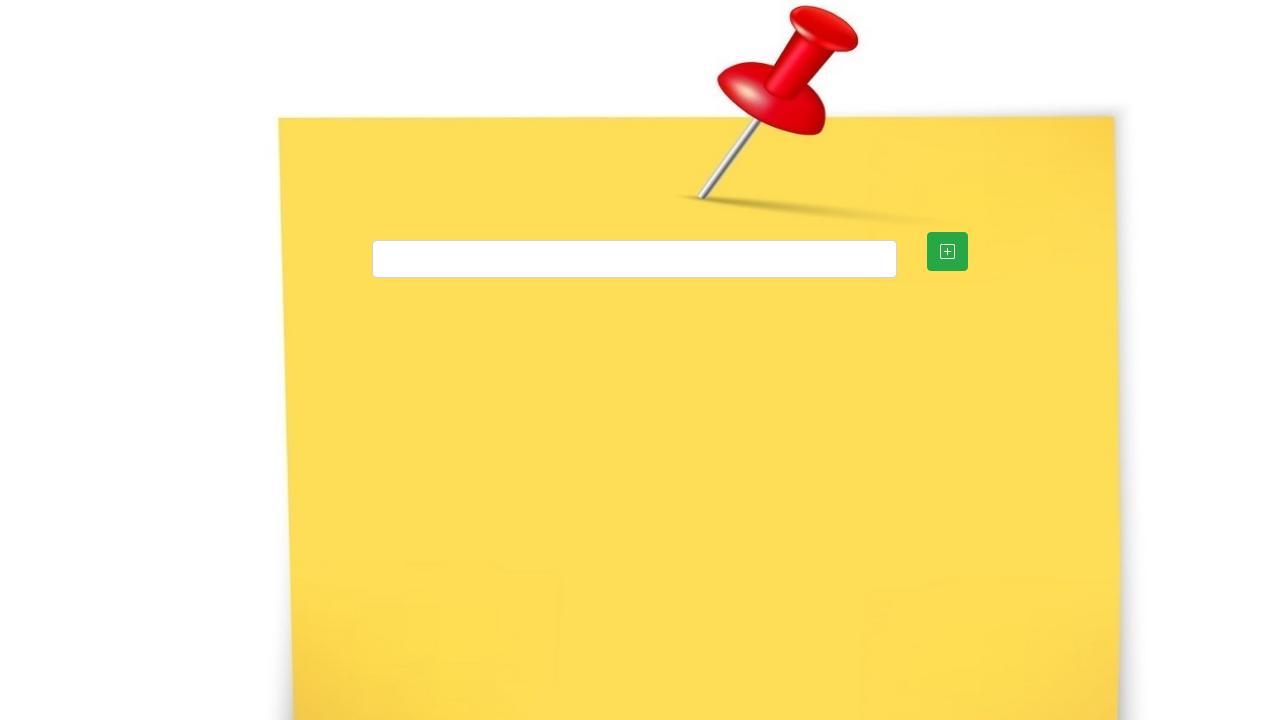
Repository: walaaElbasha/Todo-list-laravel
Page: http://localhost/tasks
These files come from the project's save history. The page is drawn as it stood at one moment and after the next save; the edit follows.
The browser window is 1280 px wide. The pictures show the whole page.
The page is served by the project's Laravel application, run on PHP 8.4 with Laravel 8. Style sheets and scripts are compiled from the project's sources, by tool versions that may differ from the author's. Queries for data that is not in the repository find no rows.

Above is the page before, as saved 2021-07-01 14:58:01.

After the next save:
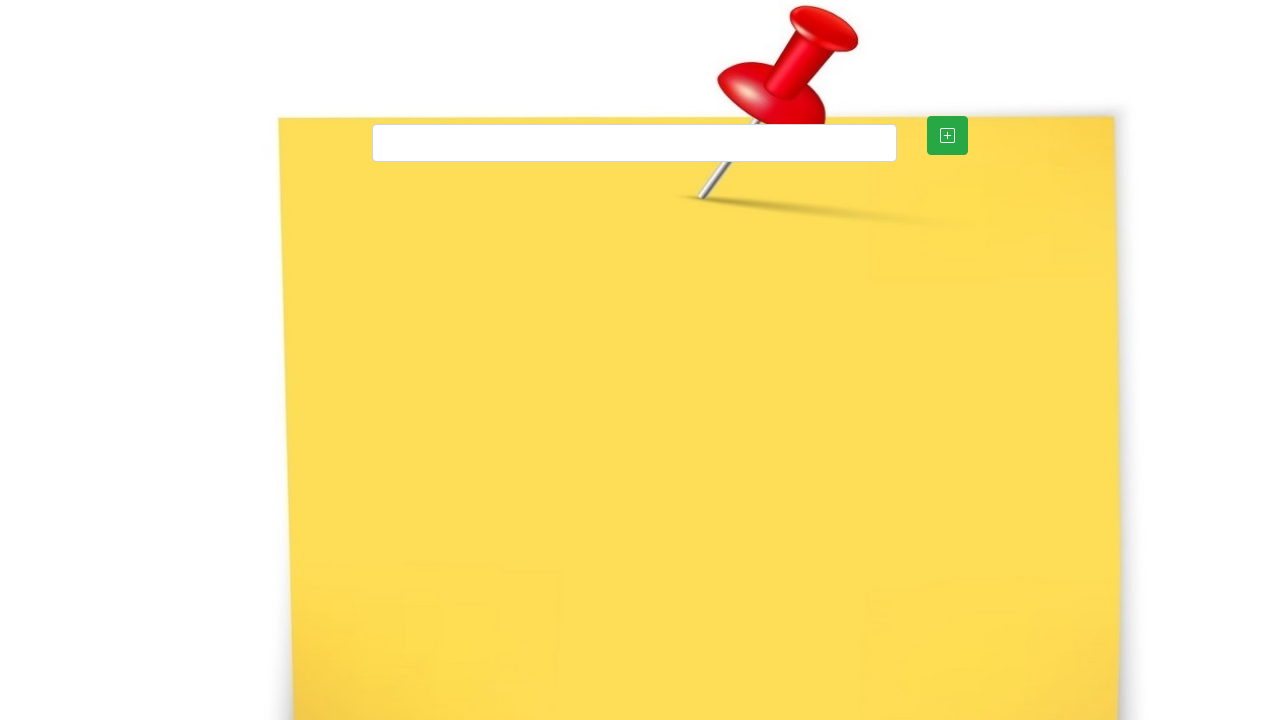
Saved 4 s later.
--- a/resources/views/tasks/index.blade.php
+++ b/resources/views/tasks/index.blade.php
@@ -9,7 +9,7 @@
 
         <!-- Display Validation Errors -->
         <table>
-            <ul style="padding-top:100px">
+            <ul >
                 @foreach($allTasks as $task)
 
 
